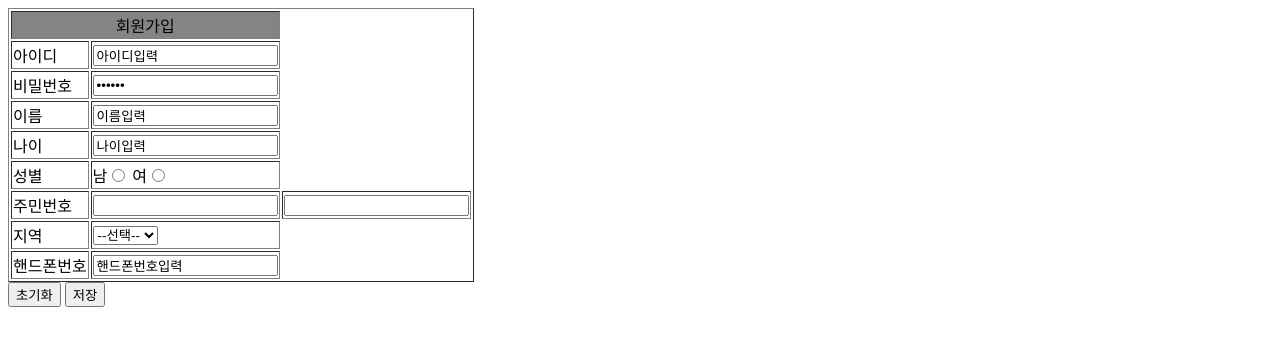
Repository: gunvv00/Java_practice
Page: html_work/html01/WebContent/goods.html
These files come from the project's save history. The page is drawn as it stood at one moment and after the next save; the edit follows.
The browser window is 1280 px wide. The pictures show the whole page.

Above is the page before, as saved 2020-01-02 06:43:17.

After the next save:
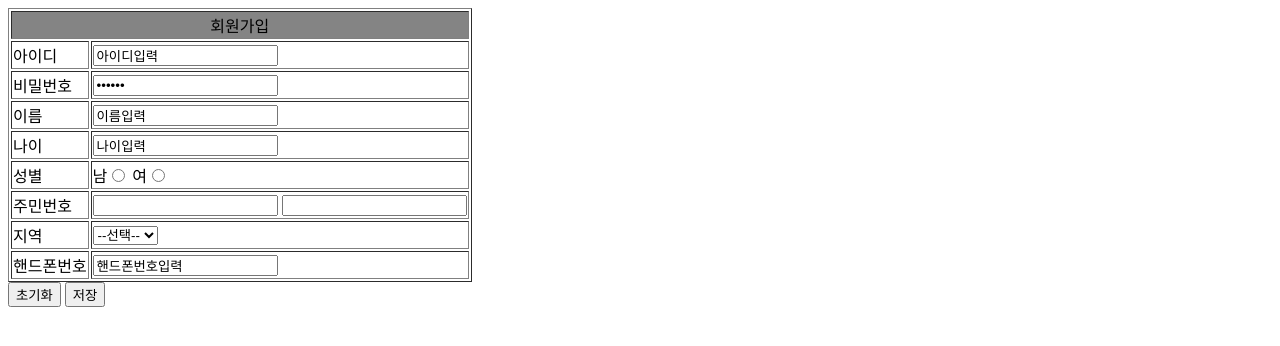
Saved 21 s later.
--- a/html_work/html01/WebContent/goods.html
+++ b/html_work/html01/WebContent/goods.html
@@ -35,7 +35,7 @@
 	<tr>
 		<td>주민번호</td>
 		<td><input type = "text" name="jumin" value = "">
-		<td><input type = "password" name="jumin" value = ""></td>
+		<input type = "password" name="jumin" value = "">
 		</td>
 	</tr>
 	<tr>
